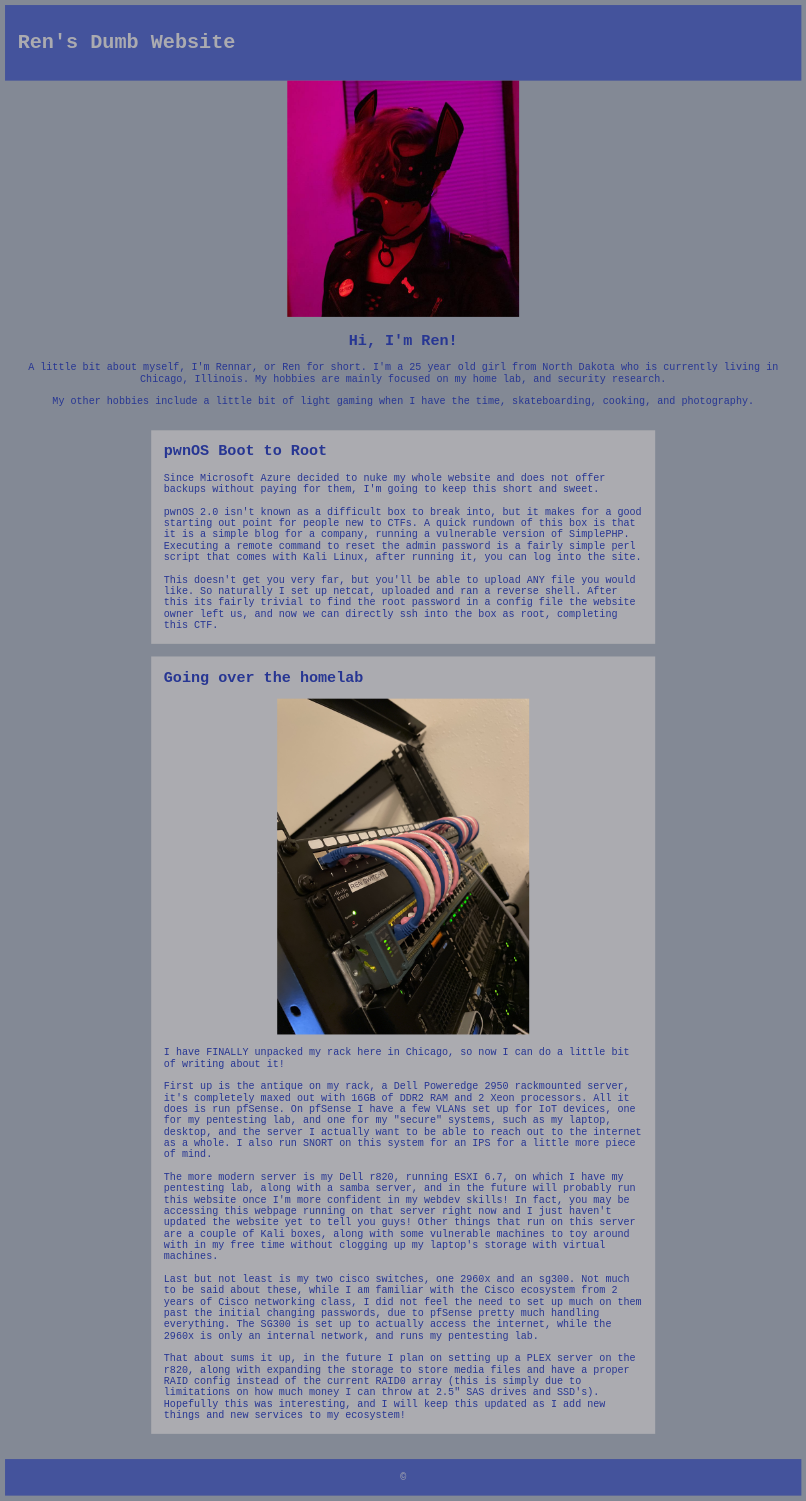
Repository: RennarDeer/RenDev
Page: index.html
An editor plug-in stored every save of this project. The page is shown before and after the next save, followed by the edit.
The browser window is 1280 px wide. The pictures show the whole page, at 63% of full size.

Above is the page before, as saved 2023-02-14 22:36:08.

After the next save:
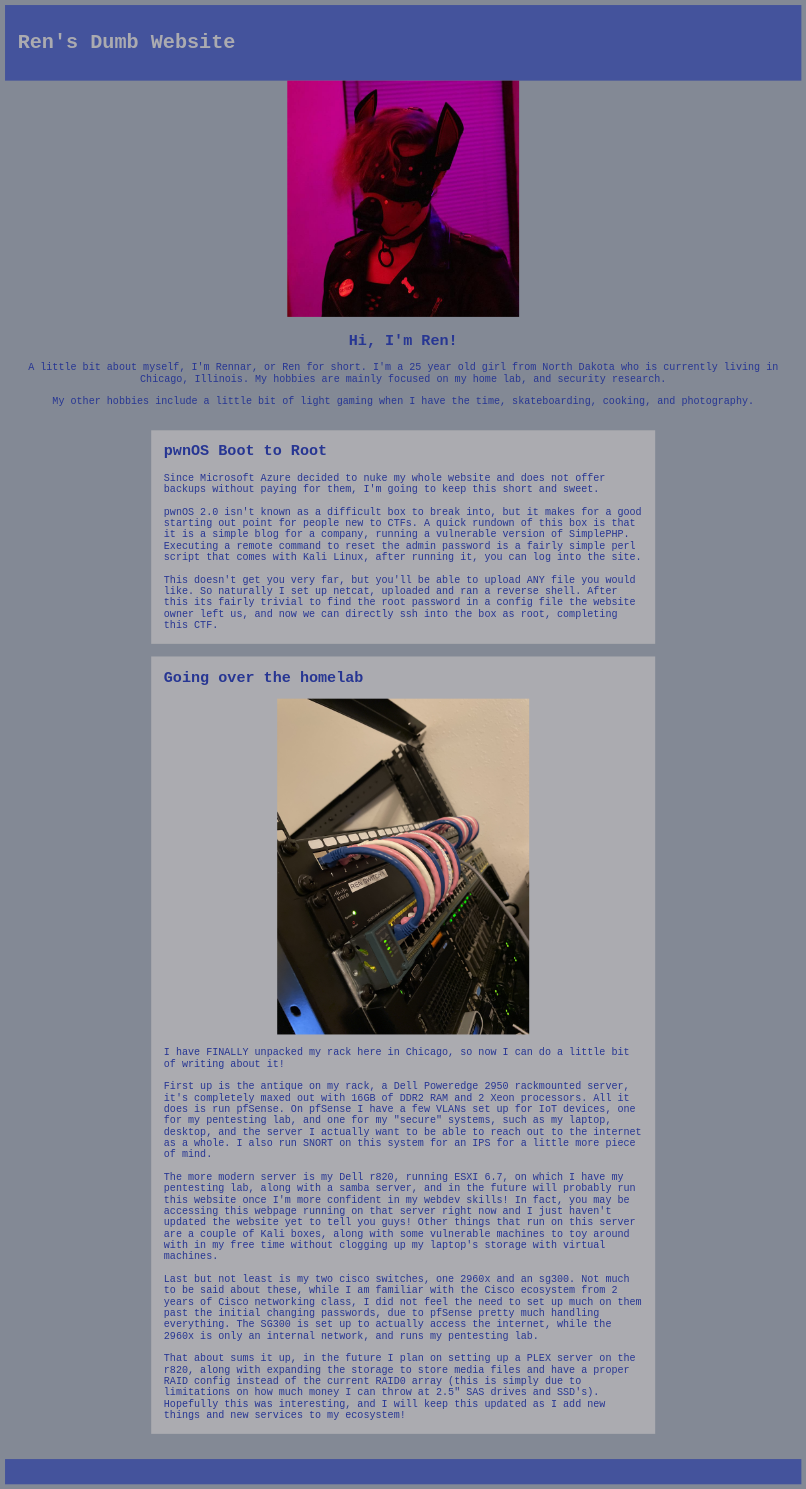
Saved 13 s later.
--- a/index.html
+++ b/index.html
@@ -87,7 +87,6 @@
       </article>
     </main>
     <footer>
-      &copy;
     </footer>
   </body>
 </html>
